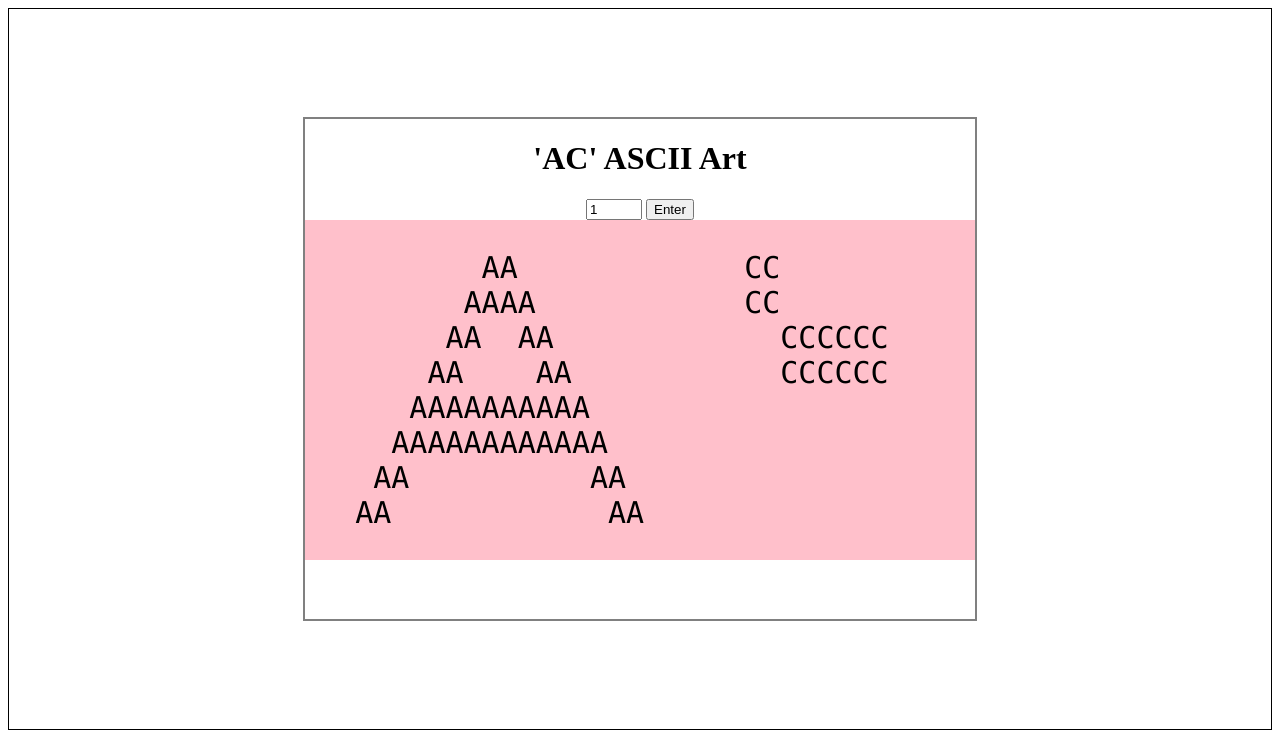
Repository: Achorn/ascii-art
Page: index.html
An editor plug-in stored every save of this project. The page is shown before and after the next save, followed by the edit.
The browser window is 1280 px wide. The pictures show the whole page.

Above is the page before, as saved 2021-08-09 20:23:55.

### index.html
<!DOCTYPE html>
<html lang="en">
  <head>
    <link rel="stylesheet" href="styles.css" />
    <meta charset="UTF-8" />
    <meta http-equiv="X-UA-Compatible" content="IE=edge" />
    <meta name="viewport" content="width=device-width, initial-scale=1.0" />
    <title>Document</title>
  </head>
  <body>
    <form>
      <h1>'AC' ASCII Art</h1>
      <input type="number" min="1" value="1" max="10" />
      <button>Enter</button>
      <div id="ascii-container">
        <div id="a-container">
          <p id="mono-a" style="font-family: 'Lucida Console', monospace"></p>
        </div>
        <div id="c-container">
          <p id="mono-c" style="font-family: 'Lucida Console', monospace"></p>
        </div>
      </div>
    </form>
    <script type="text/javascript" src="myscripts.js"></script>
  </body>
</html>

### styles.css
body {
  border: 1px solid black;
  display: flex;
  flex-direction: column;
  justify-content: center;
  align-items: center;
  height: 100vh;
}

form {
  border: 2px solid grey;
  height: 500px;
  /* width: 400px; */
  text-align: center;
}

#ascii-container {
  display: flex;
}

#a-container {
  background-color: pink;
}
#c-container {
  background-color: pink;
}
#mono-a {
  /* font-size: 25.5vw; */
  padding: 0px 50px 0px 50px;
  white-space: pre;
}
#mono-c {
  padding: 0px 50px 0px 50px;
  white-space: pre;
}

### myscripts.js
let oneA = ["A"];
let oneC = ["C"];
let twoA = [
  [" ", "A", " "],
  ["A", " ", "A"],
];
let twoC = [["C"], ["C"]];

let threeA = [
  [" ", " ", "A", " ", " "],
  [" ", "A", "A", "A", " "],
  ["A", " ", " ", " ", "A"],
];
let threeC = [
  [" ", "C", "C", "C"],
  ["C", " ", " ", " "],
  [" ", "C", "C", "C"],
];

let fourA = [
  [" ", " ", " ", "A"],
  [" ", " ", "A", " "],
  [" ", "A", "A", "A"],
  ["A", " ", " ", " "],
];
let fourC = [
  ["C", " ", " ", " ", " "],
  [" ", "C", "C", "C", " "],
];

let eight = [
  [" ", " ", " ", " ", " ", " ", " ", "A"],
  [" ", " ", " ", " ", " ", " ", "A", "A"],
  [" ", " ", " ", " ", " ", "A", "A", " "],
  [" ", " ", " ", " ", "A", "A", "A", "A"],
  [" ", " ", " ", "A", "A", "A", "A", "A"],
  [" ", " ", "A", "A", " ", " ", " ", " "],
  [" ", "A", "A", " ", " ", " ", " ", " "],
  ["A", "A", " ", " ", " ", " ", " ", " "],
];

function scaleSpread(array, factor) {
  const scaled = [];

  for (const row of array) {
    let x = [];

    for (const item of row) x.push(...Array(factor).fill(item));

    scaled.push(...Array(factor).fill(x));
  }

  return scaled;
}

function arrToString(arr) {
  let string = "";
  for (let i = 0; i < arr.length; i++) {
    string += arr[i].join("") + "<br>";
  }
  return string;
}

function halfArrToString(arr) {
  let string = "";
  for (let i = 0; i < arr.length; i++) {
    string += arr[i].join("");
    let rev = arr[i].slice();
    string += rev.reverse().join("");
    string += "<br>";
  }
  return string;
}
function trimA(arr, lWidth) {
  for (i = 0; i < arr.length; i++) {
    let disp = lWidth - (i % lWidth) - 1;
    let newArr = arr[i].slice();
    for (let j = 0; j < disp; j++) {
      newArr.pop();
      newArr.unshift(" ");
    }
    arr[i] = newArr;
  }
}
//GET ELEMENTS
let monoA = document.getElementById("mono-a");
let monoC = document.getElementById("mono-c");

//SCALE AND RESIZE
//A
let scale = 2;
let scaledFour = scaleSpread(fourA, scale);
trimA(scaledFour, scale);

//C
let scaledC = scaleSpread(fourC, scale);

//ADD TO HTML
// mono.innerHTML = halfArrToString(scaleSpread(four, 7));
monoA.style.fontSize = `${60 / scale}px`;
monoC.style.fontSize = `${60 / scale}px`;

// monoC.style.fontSize = `${4 / scale}em`;
monoA.innerHTML = halfArrToString(scaledFour);
monoC.innerHTML = arrToString(scaledC);
// mono.innerHTML += arrToString(scaleSpread(eight, 1));

After the next save:
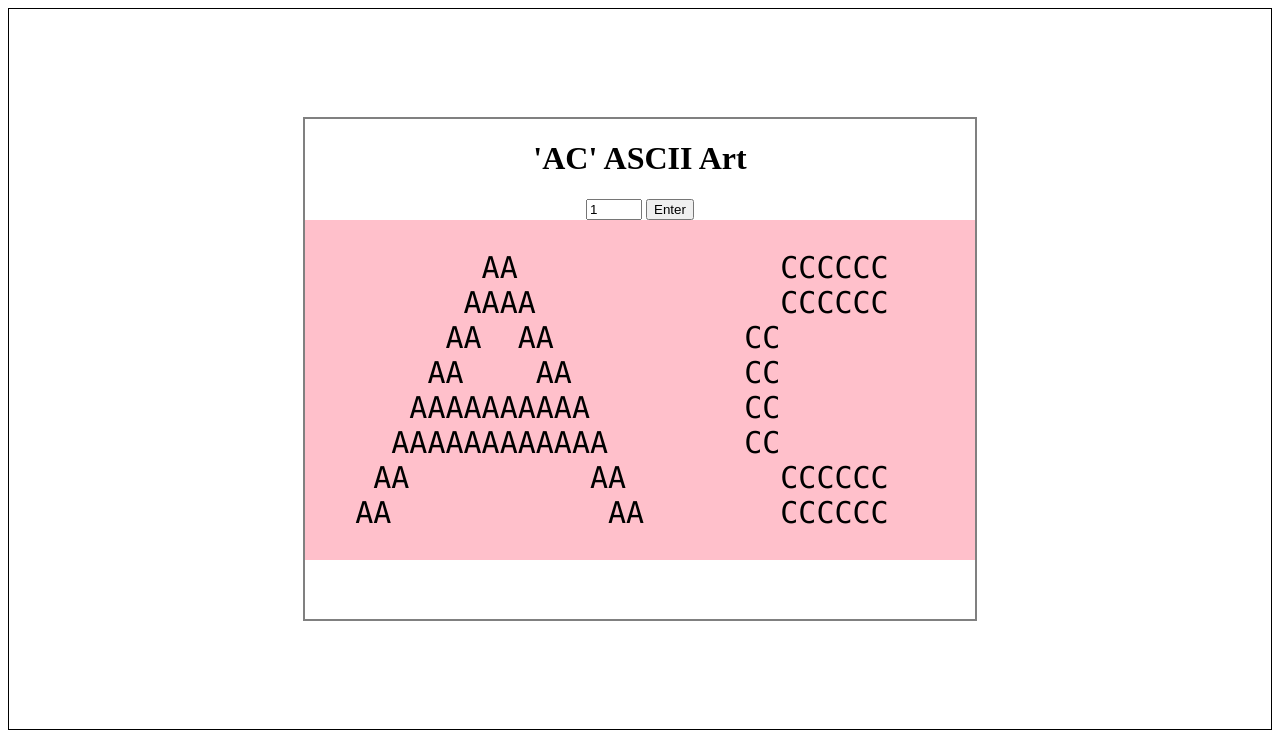
Saved 32 s later.
--- a/myscripts.js
+++ b/myscripts.js
@@ -24,6 +24,8 @@ let fourA = [
   ["A", " ", " ", " "],
 ];
 let fourC = [
+  [" ", "C", "C", "C", " "],
+  ["C", " ", " ", " ", " "],
   ["C", " ", " ", " ", " "],
   [" ", "C", "C", "C", " "],
 ];
